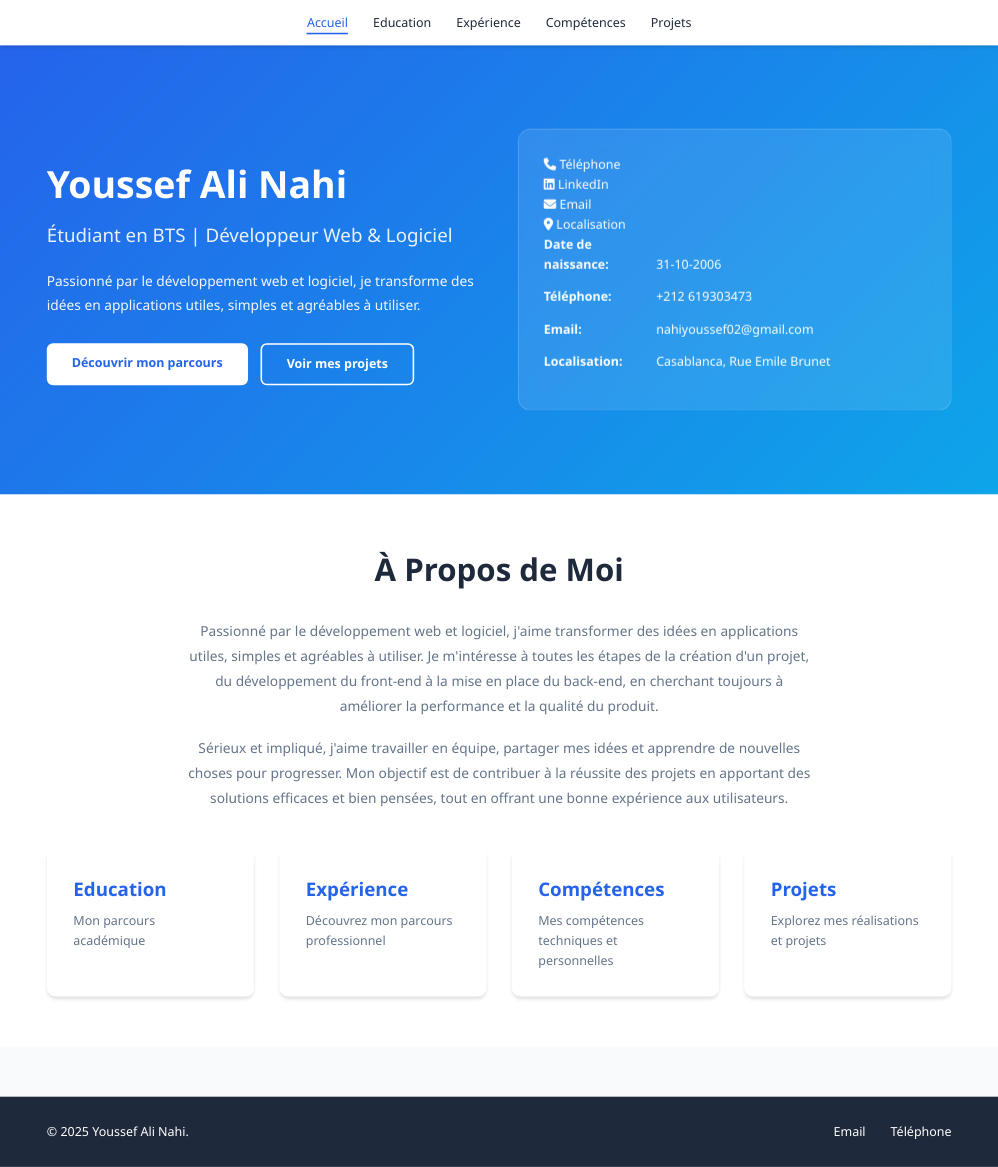
Repository: Youssef-Nahi504/My_Portfolio
Page: index.html
These files come from the project's save history. The page is drawn as it stood at one moment and after the next save; the edit follows.
The browser window is 1280 px wide. The pictures show the whole page, at 78% of full size.

Above is the page before, as saved 2025-12-21 13:22:54.

### index.html
<!DOCTYPE html>
<html lang="fr">

<head>
    <meta charset="UTF-8">
    <meta name="viewport" content="width=device-width, initial-scale=1.0">
    <title>Youssef Ali Nahi - Portfolio</title>
    <link rel="stylesheet" href="style.css">
    <link rel="stylesheet" href="https://cdnjs.cloudflare.com/ajax/libs/font-awesome/6.5.1/css/all.min.css">
</head>

<body>
    <nav class="navbar">
        <div class="nav-container">
            <ul class="nav-menu">
                <li><a href="index.html" class="active">Accueil</a></li>
                <li><a href="Education.html">Education</a></li>
                <li><a href="experience.html">Expérience</a></li>
                <li><a href="competences.html">Compétences</a></li>
                <li><a href="projets.html">Projets</a></li>
            </ul>
        </div>
    </nav>

    <main>
        <section class="hero">
            <div class="hero-content">
                <div class="hero-text">
                    <h1>Youssef Ali Nahi</h1>
                    <h2>Étudiant en BTS | Développeur Web & Logiciel</h2>
                    <p class="hero-subtitle">Passionné par le développement web et logiciel, je transforme des idées en
                        applications utiles, simples et agréables à utiliser.</p>
                    <div class="hero-buttons">
                        <a href="experience.html" class="btn btn-primary">Découvrir mon parcours</a>
                        <a href="projets.html" class="btn btn-secondary">Voir mes projets</a>
                    </div>
                </div>
                <div class="hero-image">
                    <div class="profile-card">
                        <div class="profile-info">
                            <i class="fa-solid fa-phone"></i> Téléphone<br>
                            <i class="fa-brands fa-linkedin"></i> LinkedIn<br>
                            <i class="fa-solid fa-envelope"></i> Email<br>
                            <i class="fa-solid fa-location-dot"></i> Localisation
                            <p><strong>Date de naissance:</strong> 31-10-2006</p>
                            <p><strong>Téléphone:</strong> +212 619303473</p>
                            <p><strong>Email:</strong> nahiyoussef02@gmail.com</p>
                            <p><strong>Localisation:</strong> Casablanca, Rue Emile Brunet</p>
                        </div>
                    </div>
                </div>
            </div>
        </section>

        <section class="about">
            <div class="container">
                <h2 class="section-title">À Propos de Moi</h2>
                <div class="about-content">
                    <p>
                        Passionné par le développement web et logiciel, j'aime transformer des idées en applications
                        utiles, simples et agréables à utiliser. Je m'intéresse à toutes les étapes de la création d'un
                        projet, du développement du front-end à la mise en place du back-end, en cherchant toujours à
                        améliorer la performance et la qualité du produit.
                    </p>
                    <p>
                        Sérieux et impliqué, j'aime travailler en équipe, partager mes idées et apprendre de nouvelles
                        choses pour progresser. Mon objectif est de contribuer à la réussite des projets en apportant
                        des solutions efficaces et bien pensées, tout en offrant une bonne expérience aux utilisateurs.
                    </p>
                </div>
                <div class="quick-links">
                    <a href="Education.html" class="quick-link-card">
                        <h3>Education</h3>
                        <p>Mon parcours académique</p>
                    </a>

                    <a href="experience.html" class="quick-link-card">
                        <h3>Expérience</h3>
                        <p>Découvrez mon parcours professionnel</p>
                    </a>
                    <a href="competences.html" class="quick-link-card">
                        <h3>Compétences</h3>
                        <p>Mes compétences techniques et personnelles</p>
                    </a>
                    <a href="projets.html" class="quick-link-card">
                        <h3>Projets</h3>
                        <p>Explorez mes réalisations et projets</p>
                    </a>
                </div>
            </div>
        </section>
    </main>

    <footer>
        <div class="container">
            <p>&copy; 2025 Youssef Ali Nahi.</p>
            <div class="footer-links">
                <a href="mailto:nahiyoussef02@gmail.com">Email</a>
                <a href="tel:+212619303473">Téléphone</a>
            </div>
        </div>
    </footer>

    <script src="file.js"></script>
</body>

</html>

### style.css
* {
    margin: 0;
    padding: 0;
    box-sizing: border-box;
}

:root {
    --primary-color: #2563eb;
    --primary-dark: #1e40af;
    --secondary-color: #64748b;
    --accent-color: #0ea5e9;
    --text-dark: #1e293b;
    --text-light: #64748b;
    --bg-light: #f8fafc;
    --bg-white: #ffffff;
    --border-color: #e2e8f0;
    --shadow: 0 4px 6px -1px rgba(0, 0, 0, 0.1), 0 2px 4px -1px rgba(0, 0, 0, 0.06);
    --shadow-lg: 0 10px 15px -3px rgba(0, 0, 0, 0.1), 0 4px 6px -2px rgba(0, 0, 0, 0.05);
}

body {
    font-family: 'Segoe UI', Tahoma, Geneva, Verdana, sans-serif;
    line-height: 1.6;
    color: var(--text-dark);
    background-color: var(--bg-light);
}

.container {
    max-width: 1200px;
    margin: 0 auto;
    padding: 0 20px;
}

/* Navigation */
.navbar {
    background: var(--bg-white);
    box-shadow: var(--shadow);
    position: sticky;
    top: 0;
    z-index: 1000;
    padding: 1rem 0;
}

.nav-container {
    max-width: 1200px;
    margin: 0 auto;
    padding: 0 20px;
    display: flex;
  justify-content: center; /* horizontal */
  align-items: center;
}

.logo {
    font-size: 1.5rem;
    font-weight: bold;
    color: var(--primary-color);
    letter-spacing: 2px;
}

.nav-menu {
    display: flex;
    list-style: none;
    gap: 2rem;
}

.nav-menu a {
    text-decoration: none;
    color: var(--text-dark);
    font-weight: 500;
    transition: color 0.3s ease;
    position: relative;
}

.nav-menu a:hover,
.nav-menu a.active {
    color: var(--primary-color);
}

.nav-menu a.active::after {
    content: '';
    position: absolute;
    bottom: -5px;
    left: 0;
    width: 100%;
    height: 2px;
    background: var(--primary-color);
}

.hamburger {
    display: none;
    flex-direction: column;
    cursor: pointer;
    gap: 4px;
}

.hamburger span {
    width: 25px;
    height: 3px;
    background: var(--text-dark);
    transition: all 0.3s ease;
}

/* Hero Section */
.hero {
    background: linear-gradient(135deg, var(--primary-color) 0%, var(--accent-color) 100%);
    color: white;
    padding: 4rem 0;
    min-height: 80vh;
    display: flex;
    align-items: center;
}

.hero-content {
    max-width: 1200px;
    margin: 0 auto;
    padding: 0 20px;
    display: grid;
    grid-template-columns: 1fr 1fr;
    gap: 3rem;
    align-items: center;
}

.hero-text h1 {
    font-size: 3rem;
    margin-bottom: 0.5rem;
    font-weight: 700;
}

.hero-text h2 {
    font-size: 1.5rem;
    margin-bottom: 1.5rem;
    opacity: 0.9;
    font-weight: 400;
}

.hero-subtitle {
    font-size: 1.1rem;
    margin-bottom: 2rem;
    opacity: 0.95;
    line-height: 1.8;
}

.hero-buttons {
    display: flex;
    gap: 1rem;
    flex-wrap: wrap;
}

.btn {
    padding: 0.75rem 2rem;
    border-radius: 8px;
    text-decoration: none;
    font-weight: 600;
    transition: all 0.3s ease;
    display: inline-block;
}

.btn-primary {
    background: white;
    color: var(--primary-color);
}

.btn-primary:hover {
    transform: translateY(-2px);
    box-shadow: var(--shadow-lg);
}

.btn-secondary {
    background: transparent;
    color: white;
    border: 2px solid white;
}

.btn-secondary:hover {
    background: white;
    color: var(--primary-color);
}

.profile-card {
    background: rgba(255, 255, 255, 0.1);
    backdrop-filter: blur(10px);
    border-radius: 16px;
    padding: 2rem;
    border: 1px solid rgba(255, 255, 255, 0.2);
}

.profile-info p {
    margin-bottom: 1rem;
    font-size: 1rem;
}

.profile-info strong {
    display: inline-block;
    width: 140px;
}

/* About Section */
.about {
    padding: 4rem 0;
    background: var(--bg-white);
}

.section-title {
    font-size: 2.5rem;
    margin-bottom: 2rem;
    text-align: center;
    color: var(--text-dark);
}

.about-content {
    max-width: 800px;
    margin: 0 auto 3rem;
    text-align: center;
}

.about-content p {
    font-size: 1.1rem;
    color: var(--text-light);
    margin-bottom: 1.5rem;
    line-height: 1.8;
}

.quick-links {
    display: grid;
    grid-template-columns: repeat(auto-fit, minmax(250px, 1fr));
    gap: 2rem;
    margin-top: 3rem;
}

.quick-link-card {
    background: var(--bg-white);
    padding: 2rem;
    border-radius: 12px;
    text-decoration: none;
    color: var(--text-dark);
    box-shadow: var(--shadow);
    transition: all 0.3s ease;
    border: 2px solid transparent;
}

.quick-link-card:hover {
    transform: translateY(-5px);
    box-shadow: var(--shadow-lg);
    border-color: var(--primary-color);
}

.quick-link-card h3 {
    color: var(--primary-color);
    margin-bottom: 0.5rem;
    font-size: 1.5rem;
}

.quick-link-card p {
    color: var(--text-light);
}

/* Page Header */
.page-header {
    background: linear-gradient(135deg, var(--primary-color) 0%, var(--accent-color) 100%);
    color: white;
    padding: 3rem 0;
    text-align: center;
}

.page-header h1 {
    font-size: 3rem;
    margin-bottom: 0.5rem;
}

.page-header p {
    font-size: 1.2rem;
    opacity: 0.9;
}

/* Experience Section */
.experience-section {
    padding: 4rem 0;
    background: var(--bg-white);
}

.timeline {
    position: relative;
    max-width: 900px;
    margin: 0 auto;
    padding: 2rem 0;
}

.timeline::before {
    content: '';
    position: absolute;
    left: 30px;
    top: 0;
    bottom: 0;
    width: 2px;
    background: var(--border-color);
}

.timeline-item {
    position: relative;
    margin-bottom: 3rem;
    padding-left: 80px;
}

.timeline-marker {
    position: absolute;
    left: 22px;
    top: 0;
    width: 16px;
    height: 16px;
    border-radius: 50%;
    background: var(--primary-color);
    border: 4px solid var(--bg-white);
    box-shadow: var(--shadow);
}

.timeline-content {
    background: var(--bg-white);
    padding: 2rem;
    border-radius: 12px;
    box-shadow: var(--shadow);
    transition: all 0.3s ease;
}

.timeline-content:hover {
    box-shadow: var(--shadow-lg);
    transform: translateX(5px);
}

.timeline-date {
    color: var(--primary-color);
    font-weight: 600;
    margin-bottom: 0.5rem;
    font-size: 0.9rem;
}

.timeline-content h3 {
    color: var(--text-dark);
    margin-bottom: 0.25rem;
    font-size: 1.5rem;
}

.timeline-content h4 {
    color: var(--text-light);
    margin-bottom: 1rem;
    font-weight: 500;
}

.timeline-content ul {
    list-style: none;
    padding-left: 0;
}

.timeline-content li {
    padding-left: 1.5rem;
    position: relative;
    margin-bottom: 0.5rem;
    color: var(--text-light);
}

.timeline-content li::before {
    content: '▸';
    position: absolute;
    left: 0;
    color: var(--primary-color);
}

/* Education Section */
.education-section {
    padding: 4rem 0;
    background: var(--bg-light);
}

.education-grid {
    display: grid;
    grid-template-columns: repeat(auto-fit, minmax(300px, 1fr));
    gap: 2rem;
    max-width: 900px;
    margin: 0 auto;
}

.education-card {
    background: var(--bg-white);
    padding: 2rem;
    border-radius: 12px;
    box-shadow: var(--shadow);
    transition: all 0.3s ease;
    border-top: 4px solid var(--primary-color);
}

.education-card:hover {
    transform: translateY(-5px);
    box-shadow: var(--shadow-lg);
}

.education-year {
    color: var(--primary-color);
    font-weight: 600;
    margin-bottom: 1rem;
    font-size: 0.9rem;
}

.education-card h3 {
    color: var(--text-dark);
    margin-bottom: 0.5rem;
    font-size: 1.3rem;
}

.education-card h4 {
    color: var(--text-light);
    margin-bottom: 1rem;
    font-weight: 500;
}

.education-institution {
    color: var(--text-light);
    font-style: italic;
}

/* Skills Section */
.skills-section {
    padding: 4rem 0;
    background: var(--bg-white);
}

.skills-category {
    margin-bottom: 4rem;
}

.category-title {
    font-size: 2rem;
    margin-bottom: 2rem;
    color: var(--text-dark);
    text-align: center;
}

.skills-grid {
    display: grid;
    grid-template-columns: repeat(auto-fit, minmax(250px, 1fr));
    gap: 2rem;
}

.skill-group {
    background: var(--bg-light);
    padding: 1.5rem;
    border-radius: 12px;
    border-top: 4px solid var(--primary-color);
}

.skill-group h3 {
    color: var(--text-dark);
    margin-bottom: 1rem;
    font-size: 1.2rem;
}

.skill-tags {
    display: flex;
    flex-wrap: wrap;
    gap: 0.5rem;
}

.skill-tag {
    background: var(--accent-color);
    color: white;
    padding: 0.5rem 1rem;
    border-radius: 20px;
    font-size: 0.9rem;
    font-weight: 500;
}

.soft-skills-grid {
    display: grid;
    grid-template-columns: repeat(auto-fit, minmax(200px, 1fr));
    gap: 1.5rem;
}

.soft-skill-card {
    background: linear-gradient(135deg, var(--primary-color) 0%, var(--accent-color) 100%);
    color: white;
    padding: 2rem;
    border-radius: 12px;
    text-align: center;
    transition: all 0.3s ease;
}

.soft-skill-card:hover {
    transform: translateY(-5px);
    box-shadow: var(--shadow-lg);
}

.soft-skill-card h3 {
    font-size: 1.2rem;
}

.languages-grid,
.interests-grid {
    display: grid;
    grid-template-columns: repeat(auto-fit, minmax(200px, 1fr));
    gap: 1.5rem;
}

.language-card,
.interest-card {
    background: var(--bg-white);
    padding: 2rem;
    border-radius: 12px;
    box-shadow: var(--shadow);
    text-align: center;
    transition: all 0.3s ease;
    border-top: 4px solid var(--primary-color);
}

.language-card:hover,
.interest-card:hover {
    transform: translateY(-5px);
    box-shadow: var(--shadow-lg);
}

.language-card h3,
.interest-card h3 {
    color: var(--text-dark);
    margin-bottom: 0.5rem;
    font-size: 1.3rem;
}

.language-card p {
    color: var(--text-light);
    font-weight: 500;
}

/* Projects Section */
.projects-section {
    padding: 4rem 0;
    background: var(--bg-white);
}

.projects-grid {
    display: grid;
    grid-template-columns: repeat(auto-fit, minmax(300px, 1fr));
    gap: 2rem;
}

.project-card {
    background: var(--bg-white);
    padding: 2rem;
    border-radius: 12px;
    box-shadow: var(--shadow);
    transition: all 0.3s ease;
    border-top: 4px solid var(--primary-color);
    position: relative;
}

.project-badge {
    position: absolute;
    top: 1rem;
    right: 1rem;
    background: linear-gradient(135deg, var(--primary-color) 0%, var(--accent-color) 100%);
    color: white;
    padding: 0.4rem 0.8rem;
    border-radius: 20px;
    font-size: 0.75rem;
    font-weight: 600;
    text-transform: uppercase;
    letter-spacing: 0.5px;
}

.project-card:hover {
    transform: translateY(-5px);
    box-shadow: var(--shadow-lg);
}

.project-icon {
    font-size: 3rem;
    margin-bottom: 1rem;
}

.project-card h3 {
    color: var(--text-dark);
    margin-bottom: 0.75rem;
    font-size: 1.4rem;
}

.project-tech {
    color: var(--primary-color);
    font-weight: 600;
    margin-bottom: 1rem;
    font-size: 0.9rem;
}

.project-description {
    color: var(--text-light);
    line-height: 1.7;
}

/* Footer */
footer {
    background: var(--text-dark);
    color: white;
    padding: 2rem 0;
    margin-top: 4rem;
}

footer .container {
    display: flex;
    justify-content: space-between;
    align-items: center;
    flex-wrap: wrap;
    gap: 1rem;
}

.footer-links {
    display: flex;
    gap: 2rem;
}

.footer-links a {
    color: white;
    text-decoration: none;
    transition: color 0.3s ease;
}

.footer-links a:hover {
    color: var(--accent-color);
}

/* Responsive Design */
@media (max-width: 768px) {
    .hamburger {
        display: flex;
    }

    .nav-menu {
        position: fixed;
        left: -100%;
        top: 70px;
        flex-direction: column;
        background: var(--bg-white);
        width: 100%;
        text-align: center;
        transition: 0.3s;
        box-shadow: var(--shadow);
        padding: 2rem 0;
        gap: 0;
    }

    .nav-menu.active {
        left: 0;
    }

    .nav-menu li {
        margin: 1rem 0;
    }

    .hero-content {
        grid-template-columns: 1fr;
        text-align: center;
    }

    .hero-text h1 {
        font-size: 2rem;
    }

    .hero-text h2 {
        font-size: 1.2rem;
    }

    .section-title {
        font-size: 2rem;
    }

    .page-header h1 {
        font-size: 2rem;
    }

    .timeline::before {
        left: 15px;
    }

    .timeline-item {
        padding-left: 50px;
    }

    .timeline-marker {
        left: 7px;
    }

    .quick-links {
        grid-template-columns: 1fr;
    }

    footer .container {
        flex-direction: column;
        text-align: center;
    }
}

@media (max-width: 480px) {
    .hero {
        padding: 2rem 0;
        min-height: auto;
    }

    .hero-text h1 {
        font-size: 1.5rem;
    }

    .btn {
        padding: 0.6rem 1.5rem;
        font-size: 0.9rem;
    }

    .projects-grid,
    .education-grid {
        grid-template-columns: 1fr;
    }
}

### file.js
// Mobile Navigation Toggle
const hamburger = document.querySelector('.hamburger');
const navMenu = document.querySelector('.nav-menu');

if (hamburger && navMenu) {
    hamburger.addEventListener('click', () => {
        navMenu.classList.toggle('active');

        // Animate hamburger
        const spans = hamburger.querySelectorAll('span');
        if (navMenu.classList.contains('active')) {
            spans[0].style.transform = 'rotate(45deg) translate(5px, 5px)';
            spans[1].style.opacity = '0';
            spans[2].style.transform = 'rotate(-45deg) translate(7px, -6px)';
        } else {
            spans[0].style.transform = 'none';
            spans[1].style.opacity = '1';
            spans[2].style.transform = 'none';
        }
    });

    // Close menu when clicking on a link
    document.querySelectorAll('.nav-menu a').forEach(link => {
        link.addEventListener('click', () => {
            navMenu.classList.remove('active');
            const spans = hamburger.querySelectorAll('span');
            spans[0].style.transform = 'none';
            spans[1].style.opacity = '1';
            spans[2].style.transform = 'none';
        });
    });

    // Close menu when clicking outside
    document.addEventListener('click', (e) => {
        if (!hamburger.contains(e.target) && !navMenu.contains(e.target)) {
            navMenu.classList.remove('active');
            const spans = hamburger.querySelectorAll('span');
            spans[0].style.transform = 'none';
            spans[1].style.opacity = '1';
            spans[2].style.transform = 'none';
        }
    });
}

// Smooth scroll for anchor links
document.querySelectorAll('a[href^="#"]').forEach(anchor => {
    anchor.addEventListener('click', function (e) {
        e.preventDefault();
        const target = document.querySelector(this.getAttribute('href'));
        if (target) {
            target.scrollIntoView({
                behavior: 'smooth',
                block: 'start'
            });
        }
    });
});

// Add scroll animation
const observerOptions = {
    threshold: 0.1,
    rootMargin: '0px 0px -50px 0px'
};

const observer = new IntersectionObserver((entries) => {
    entries.forEach(entry => {
        if (entry.isIntersecting) {
            entry.target.style.opacity = '1';
            entry.target.style.transform = 'translateY(0)';
        }
    });
}, observerOptions);

// Observe elements for animation
document.addEventListener('DOMContentLoaded', () => {
    const animateElements = document.querySelectorAll('.project-card, .education-card, .timeline-item, .skill-group, .soft-skill-card, .language-card, .interest-card, .quick-link-card');

    animateElements.forEach(el => {
        el.style.opacity = '0';
        el.style.transform = 'translateY(20px)';
        el.style.transition = 'opacity 0.6s ease, transform 0.6s ease';
        observer.observe(el);
    });
});

// Add active page highlighting
document.addEventListener('DOMContentLoaded', () => {
    const currentPage = window.location.pathname.split('/').pop() || 'index.html';
    const navLinks = document.querySelectorAll('.nav-menu a');

    navLinks.forEach(link => {
        const linkPage = link.getAttribute('href');
        if (linkPage === currentPage || (currentPage === '' && linkPage === 'index.html')) {
            link.classList.add('active');
        } else {
            link.classList.remove('active');
        }
    });
});

After the next save:
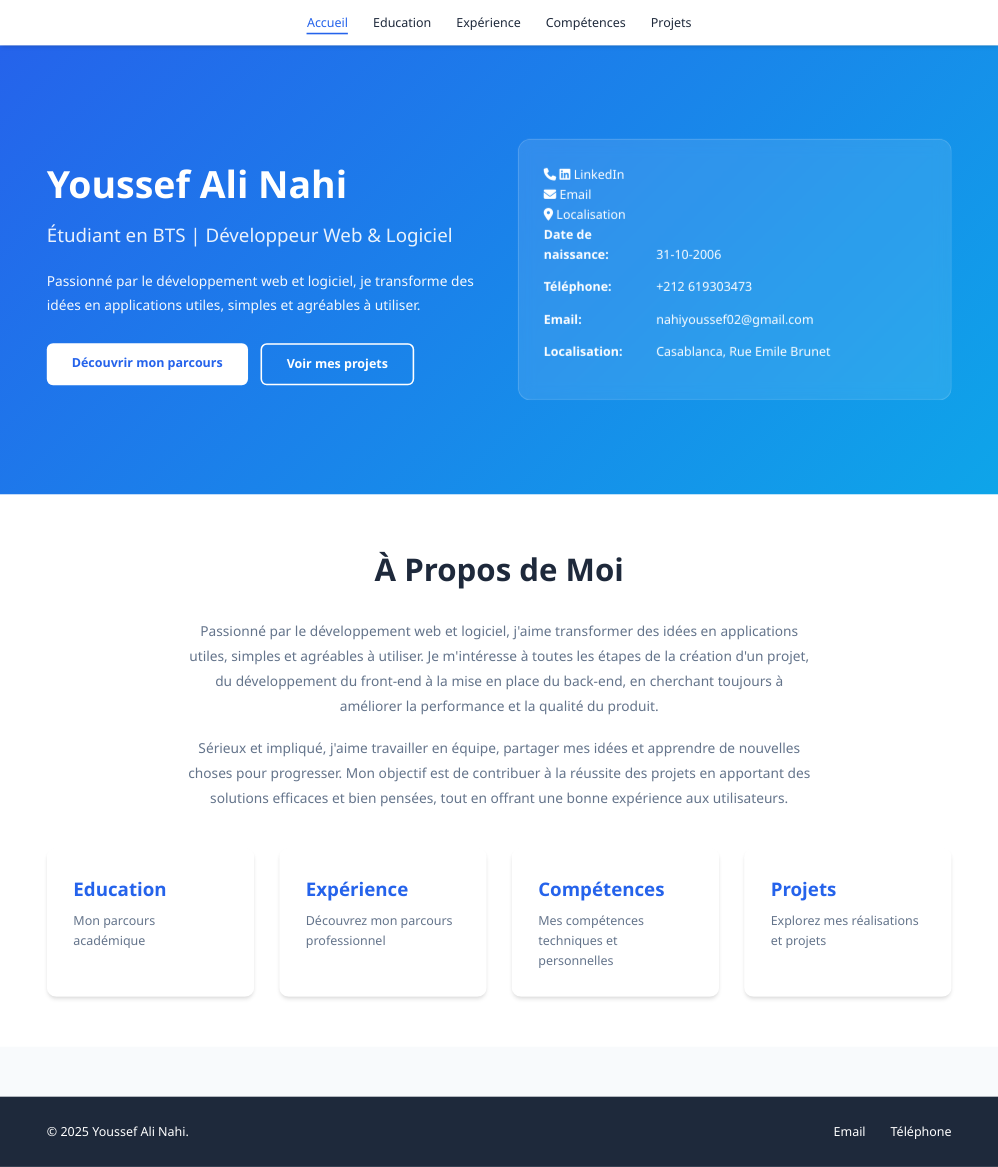
Saved 35 s later.
--- a/index.html
+++ b/index.html
@@ -38,7 +38,7 @@
                 <div class="hero-image">
                     <div class="profile-card">
                         <div class="profile-info">
-                            <i class="fa-solid fa-phone"></i> Téléphone<br>
+                            <i class="fa-solid fa-phone"></i>
                             <i class="fa-brands fa-linkedin"></i> LinkedIn<br>
                             <i class="fa-solid fa-envelope"></i> Email<br>
                             <i class="fa-solid fa-location-dot"></i> Localisation
